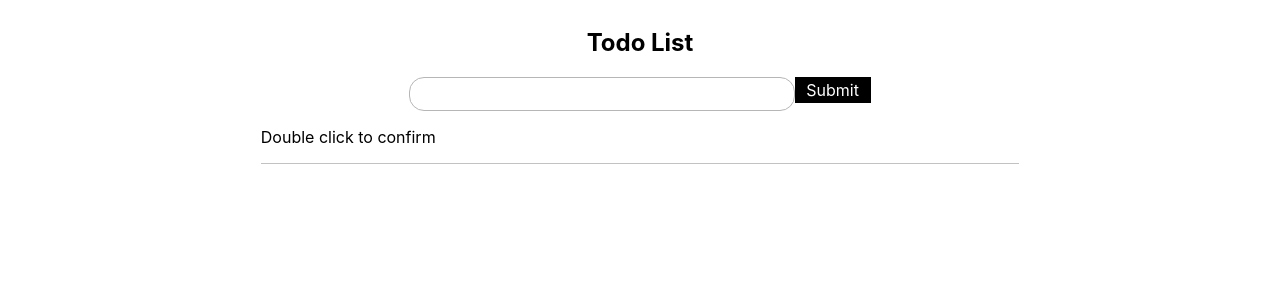
Repository: irenewuu/comp4130_checklist
Page: index.html
An editor plug-in stored every save of this project. The page is shown before and after the next save, followed by the edit.
The browser window is 1280 px wide. The pictures show the whole page.

Above is the page before, as saved 2022-01-12 15:20:07.

### index.html
<!DOCTYPE html>
<html lang="en">
  <head>
    <meta charset="UTF-8">
    <meta name="viewport" content="width=device-width, initial-scale=1.0">
    <link rel="stylesheet" href="style.css">
    <script src="index.js"></script>
    <title>Comp4130_Checklist</title>
  </head>
  <body>
    <div class="main">
      <!-- title area -->
      <div class="title">
      <h2>Todo List</h2>
      </div>
      <!-- input area -->
      <form class="input">
        <input type="text" class="text" id="myInput" onkeyup="13" >
        <span class="btn" onclick="newElement()">Submit</span>
      </form>
      <!-- homework checklist -->
      <div class="sortbox">
        <!-- <h4>Sort</h4>
        <img src="image/Iconly/Bold/sort.svg"> -->
        <p>Double click to confirm</p>
      </div>
      <ul id="NewList">

      </ul>
    </div>
  </body>
</html>

### style.css
.main {
  width: 100%;
  height: 100%;
  display: flex;
  flex-direction: column;
  justify-content: center;
  align-items: center;
  font-family: -apple-system, BlinkMacSystemFont, "Segoe UI", Roboto;
}
form > span {
  width: 60%;
  display: flex;
  justify-content: center;
  background: #000000;
  color: #fff;
  justify-content: center;
  align-items: center;
}
.input {
  width: 60%;
  display: flex;
  justify-content: center;
}
.text {
  width: 50%;
  height: 30px;
  border-radius: 15px;
  border: 1px solid rgb(182, 182, 182);
}
.btn {
  width: 10%;
  height: 26px;
}
.sortbox {
  width: 60%;
  display: flex;
  flex-direction: row;
  border-bottom: 1px solid #c2c2c2;
}
.sortbox > img {
  margin: 10px;
}
ul {
  width: 60%;
  justify-content: center;
  margin: 0;
  padding: 0;
}
/* Style the list items */
ul li {
  cursor: pointer;
  position: relative;
  padding: 12px 8px 12px 40px;
  list-style-type: none;
  border-bottom: 1px solid #c2c2c2;
  font-size: 18px;
  transition: 0.2s;

  /* make the list items unselectable */
  -webkit-user-select: none;
  -moz-user-select: none;
  -ms-user-select: none;
  user-select: none;
}

ul li span {
  position: relative;
  right: 10px;
}

/* hover */
ul li:hover {
  background: #ddd;
}

/* When clicked on, add a background color and strike out text */
ul li.checked {
  background: #888;
  color: #fff;
  text-decoration: line-through;
}
/* Add a "checked" mark when clicked on */
ul li.checked::before {
  content: "";
  position: absolute;
  border-color: #fff;
  border-style: solid;
  border-width: 0 2px 2px 0;
  top: 10px;
  left: 16px;
  transform: rotate(45deg);
  height: 15px;
  width: 7px;
}
/* Style the close button */
.close {
  position: absolute;
  right: 0;
  top: 0;
  padding: 12px 16px 12px 16px;
}

.close:hover {
  background-color: #f72585;
}

@media only screen and (max-width: 600px) {
  .input {
    width: 60%;
    display: flex;
    justify-content: center;
  }
  .text {
    width: 65%;
    height: 20px;
  }
  .btn {
    width: 30%;
    height: 26px;
  }
}

### index.js
let data = [];

// // Create a "close" button and append it to each list item
var listItem = document.getElementsByTagName("li");

// Create a new list item when clicking on the "Add" button
function newElement() {
  console.log(data)
  var li = document.createElement("li");
  // li.className = "unchecked";
  var inputValue = document.getElementById("myInput").value;

  //putting input value in list
  var spanText = document.createTextNode(inputValue);
  var span = document.createElement("span");
  span.appendChild(spanText);
  li.appendChild(span);


  // delete img
  var bin = document.createElement("img");
  bin.src = "image/iconly/bold/delete.svg";
  bin.className = "close";
  li.appendChild(bin);

  if (inputValue === '') {
    alert("You must write something!");
    data.push()
  } else {
    document.getElementById("NewList").appendChild(li);
  }

  document.getElementById("myInput").value = "";

  // Click on a close button to hide the current list item
  // push object in array
  data.push({ value: inputValue })
  console.log(data)

  // Add a "checked" symbol when clicking on a list item
  // var list = document.querySelector('ul');
  // list.addEventListener('click', function(ev) {
  //   if (ev.target.tagName === 'LI') {
  //     // ev.target.tagName.className = "checked";
  //     ev.target.classList.toggle('checked');
  //   }
  // }, false);

  var close = document.getElementsByClassName("close");

    for (var i = 0; i < close.length; i++) {
      close[i].onclick = function () {

        data.splice(data[i], 1);
        console.log(data)

        // delete the item onclick
        var div = this.parentElement;
        div.remove(0,-1);
      }
    }


    for (var i = 0; i < listItem.length; i++) {
      listItem[i].onclick = function () {
       // Add a "checked" symbol when clicking on a list item
        var list = document.querySelector('ul');
        list.addEventListener('click', function(ev) {
        if (ev.target.tagName === 'LI') {
          ev.target.classList.toggle('checked');

        }

  }, false);
      }
    }
}

After the next save:
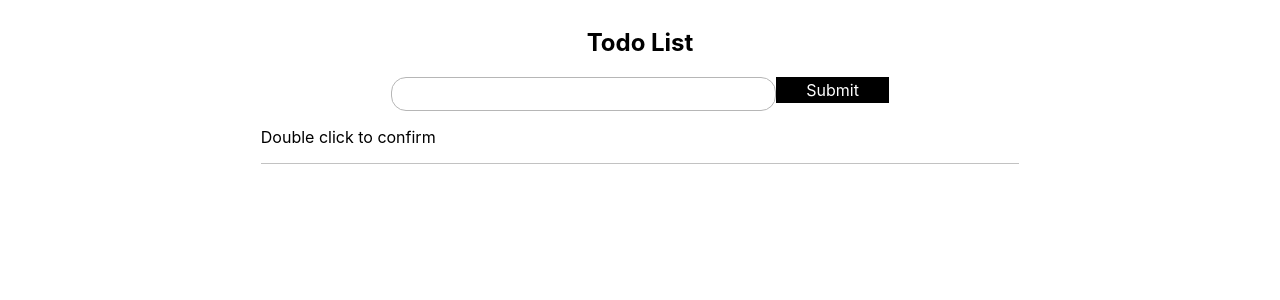
Saved 4 s later.
--- a/style.css
+++ b/style.css
@@ -28,7 +28,7 @@ form > span {
   border: 1px solid rgb(182, 182, 182);
 }
 .btn {
-  width: 10%;
+  width: 15%;
   height: 26px;
 }
 .sortbox {
